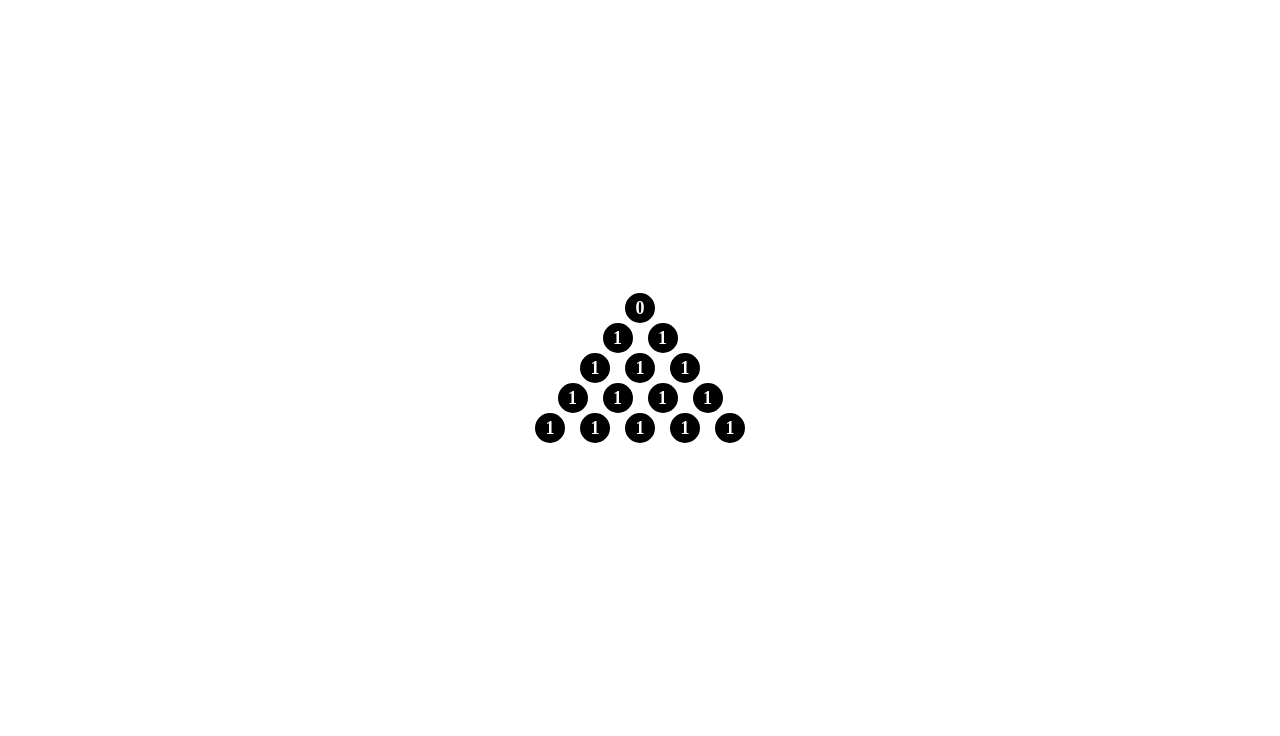
Repository: Yash19075/Mathematical-Peg-game
Page: Peg-game.html
The author's editor kept a copy of each file at every save. The page is drawn from the files as they stood at one save, then again after the next save.
The browser window is 1280 px wide. The pictures show the whole page.

Above is the page before, as saved 2025-03-15 12:02:17.

After the next save:
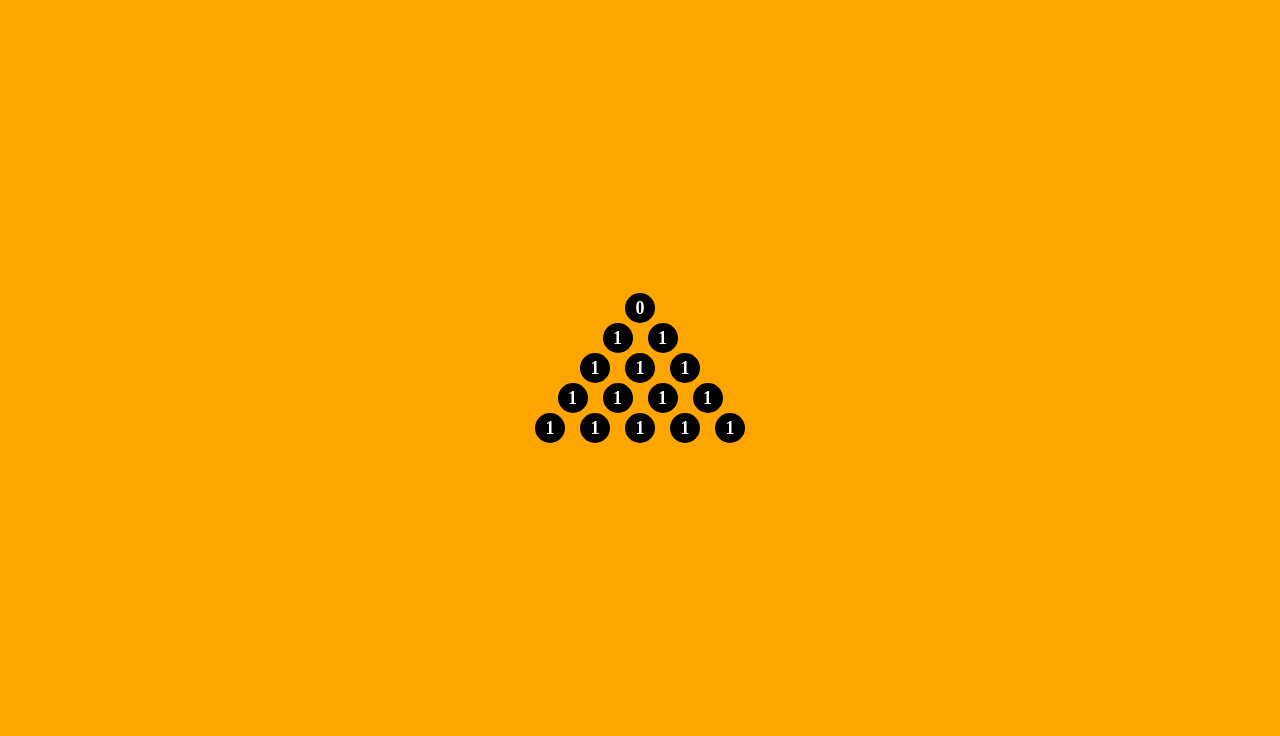
Saved 9 min 13 s later.
--- a/Peg-game.css
+++ b/Peg-game.css
@@ -3,7 +3,7 @@ body {
     display: flex;
     justify-content: center;
     align-items: center;
-
+    background-color: orange;
 }
 
 .row {
